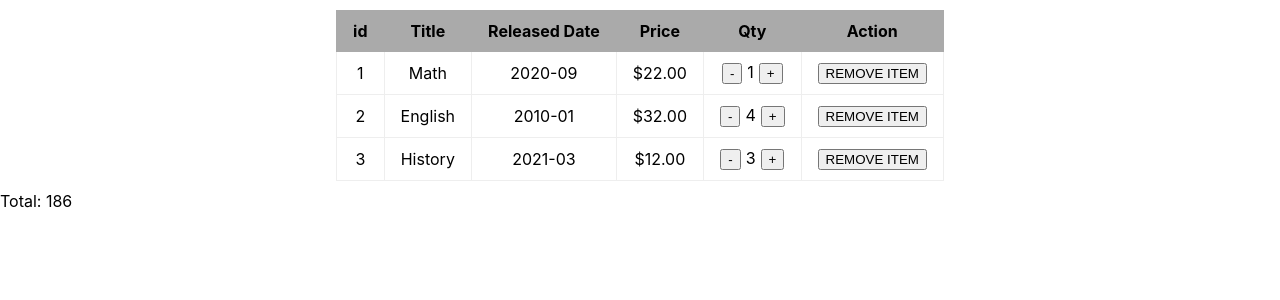
Repository: vgg1kkh/myBookStoreBasket
Page: /
An editor plug-in stored every save of this project. The page is shown before and after the next save, followed by the edit.
The browser window is 1280 px wide. The pictures show the whole page.
The project was rebuilt for these pictures with package versions that can differ from the ones it lists, and the page was loaded fresh each time.

Above is the page before, as saved 2021-10-07 16:39:29.

After the next save:
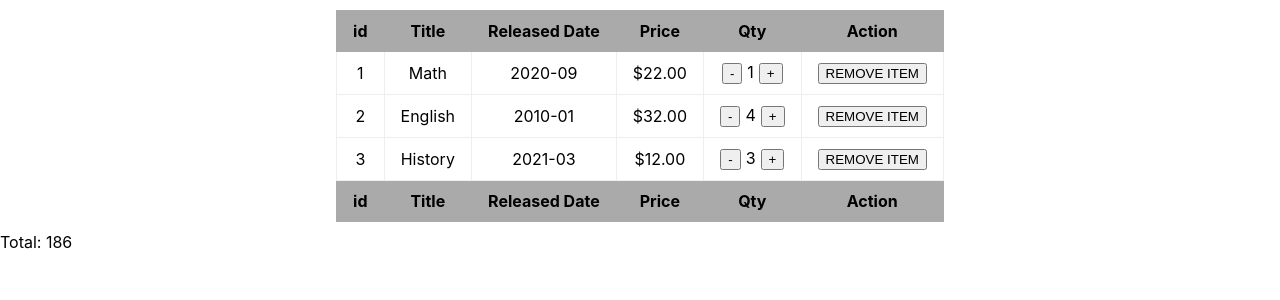
Saved 5 s later.
--- a/src/App.js
+++ b/src/App.js
@@ -60,6 +60,14 @@ export default class App extends Component {
                   </tr>
                 );
               })}
+              <tr>
+                <th>id</th>
+                <th>Title</th>
+                <th>Released Date</th>
+                <th>Price</th>
+                <th>Qty</th>
+                <th>Action</th>
+              </tr>
             </tbody>
           </table>
         </div>
